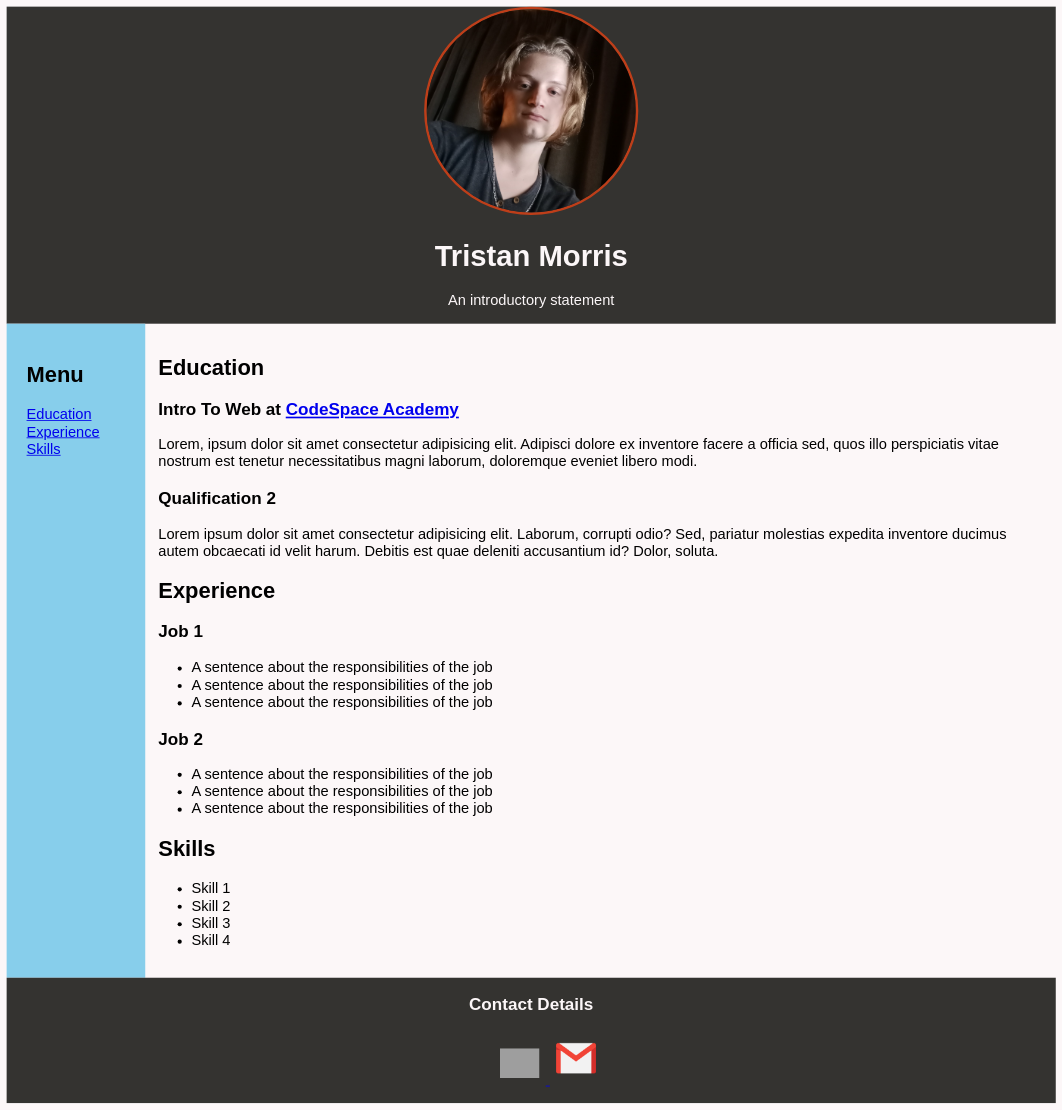
Repository: TristanKMorris/introToWebDesignAssignment
Page: resume1.html
The author's editor kept a copy of each file at every save. The page is drawn from the files as they stood at one save, then again after the next save.
The browser window is 1280 px wide. The pictures show the whole page, at 83% of full size.
Pictures or frames that could not be fetched are drawn as grey boxes.

Above is the page before, as saved 2022-06-02 21:24:05.

### resume1.html

<!DOCTYPE html>
<html
  <head>
    <title>My first web page</title>

    <link rel="stylesheet" type="text/css" href="css/stylesheet.css">

  </head>

  <body>

   <header id="heading">
        <img src="images/tristanPortrait.jpg" alt="Tristan Morris Portrait" id="profilePhoto"/>

      <h1>Tristan Morris</h1>
        <p>An introductory statement</p>

    </header>

    <main class="main">

      <div id="sidebar">

        <nav>

          <h2>Menu</h2>

           <ul class="navMenu">
              <li><a href="#education">Education</a></li>
              <li><a href="#experience">Experience</a></li>
              <li><a href="#skills">Skills</a></li>
            </ul>

        </nav>

      </div>

        <div class="content">

          <h2 id="education">Education</h2>

            <h3>Intro To Web at <a href="http://codespace.co.za/" target="_blank">CodeSpace Academy</a> </h3>

             <p>
               Lorem, ipsum dolor sit amet consectetur adipisicing elit. Adipisci dolore
               ex inventore facere a officia sed, quos illo perspiciatis vitae nostrum
               est tenetur necessitatibus magni laborum, doloremque eveniet libero modi.
             </p>

            <h3>Qualification 2</h3>

             <p>
                Lorem ipsum dolor sit amet consectetur adipisicing elit. Laborum, corrupti
                odio? Sed, pariatur molestias expedita inventore ducimus autem obcaecati
                id velit harum. Debitis est quae deleniti accusantium id? Dolor, soluta.
              </p>

          <h2 id="experience">Experience</h2>

            <h3>Job 1</h3>

            <ul>

              <li>A sentence about the responsibilities of the job</li>
              <li>A sentence about the responsibilities of the job</li>
              <li>A sentence about the responsibilities of the job</li>

            </ul>

            <h3>Job 2</h3>

            <ul>

              <li>A sentence about the responsibilities of the job</li>
              <li>A sentence about the responsibilities of the job</li>
              <li>A sentence about the responsibilities of the job</li>

            </ul>

          <h2 id="skills">Skills</h2>

            <ul>
              <li>Skill 1</li>
              <li>Skill 2</li>
              <li>Skill 3</li>
              <li>Skill 4</li>
            </ul>

        </div>

    </main>

    <footer>

      <h3>Contact Details</h3>
      <ul>
          <a href="http://www.instagram.com/tristan_k_morris" target="_blank">
           <img class="icons" src="images/instagramIcon.png" alt="Tristan Morris Instagram">

          </a>

          <a href="mailto: tristankm21@gmail.com" target="_blank">
           <img class="icons" src="images/gmailIcon.png" alt="Tristan Morris Email">

          </a>

      </ul>

    </footer>


  </body>
</html>

### css/stylesheet.css
body{
  font-family: sans-serif;
  font-size:110%;
  background-color: #FCF7F8;
  display: flex;
  flex-direction: column;
}

.main{
  display: flex;
  flex-direction: row;
  overflow: unset;
}

#profilePhoto{
  width: 20%;
  height: 20%;
  border-radius: 50%;
  border: 3px solid #ff4410ad;
}

header {
  text-align: center;
  justify-content: center;
}
#heading{
  font-family: sans-serif;
  font: size 110%;
  background-color: #343330;
  color: #FCF7F8;
}

footer {
  background-color: #343330;
  text-align: center;
  color: #FCF7F8;
}
#sidebar{
  width: 15%;
  background-color: skyblue;
  padding: 1.5rem;
  color: black;
}
.navMenu{
  list-style-type: none;
  padding: 0%;
}

.icons{
  width: 3rem;
  margin: 0.5rem;
  height: auto;
}

.content{
  width: auto;
  margin: 1rem;
  height: auto;
}

After the next save:
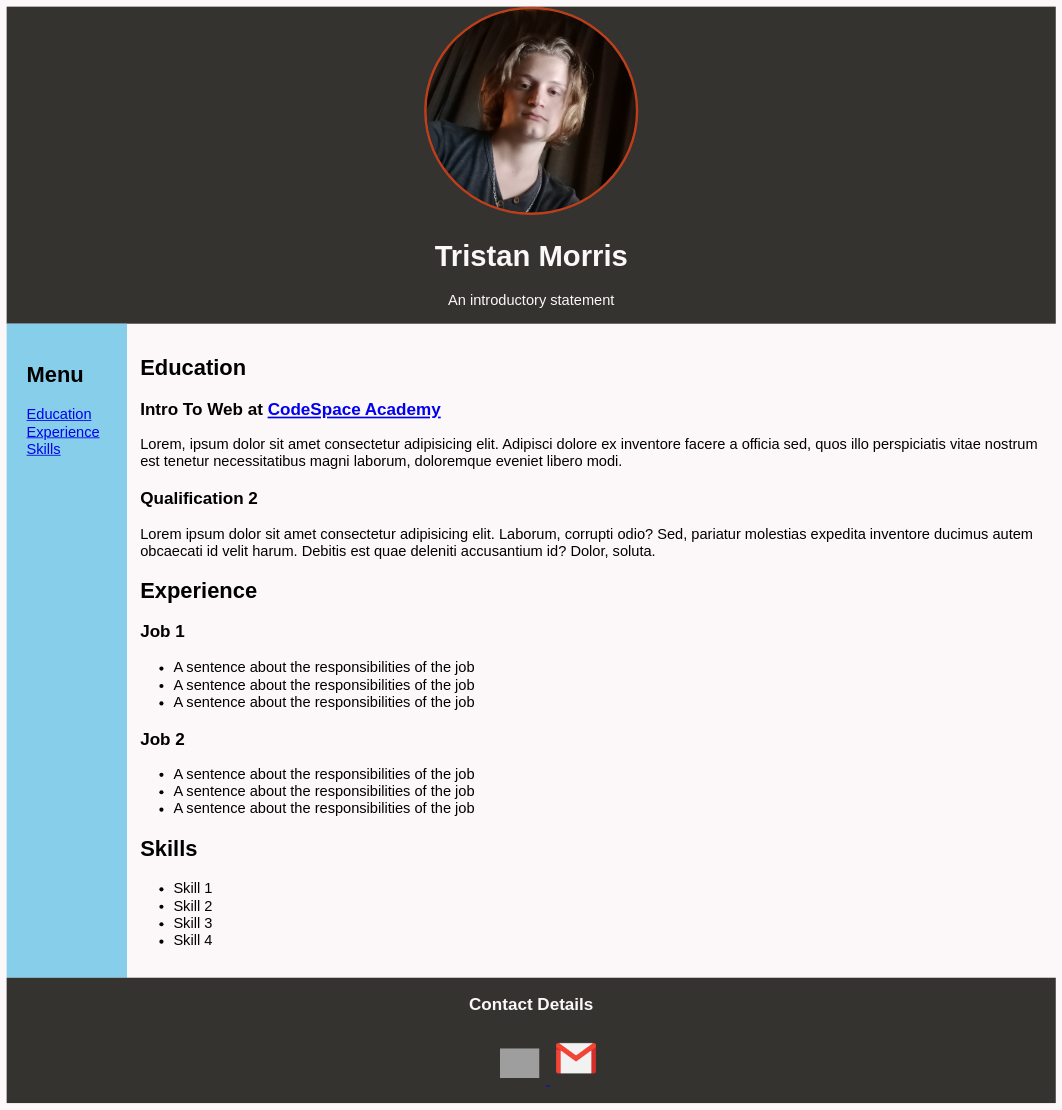
Saved 8 s later.
--- a/css/stylesheet.css
+++ b/css/stylesheet.css
@@ -36,7 +36,7 @@ footer {
   color: #FCF7F8;
 }
 #sidebar{
-  width: 15%;
+  width: 12%;
   background-color: skyblue;
   padding: 1.5rem;
   color: black;
